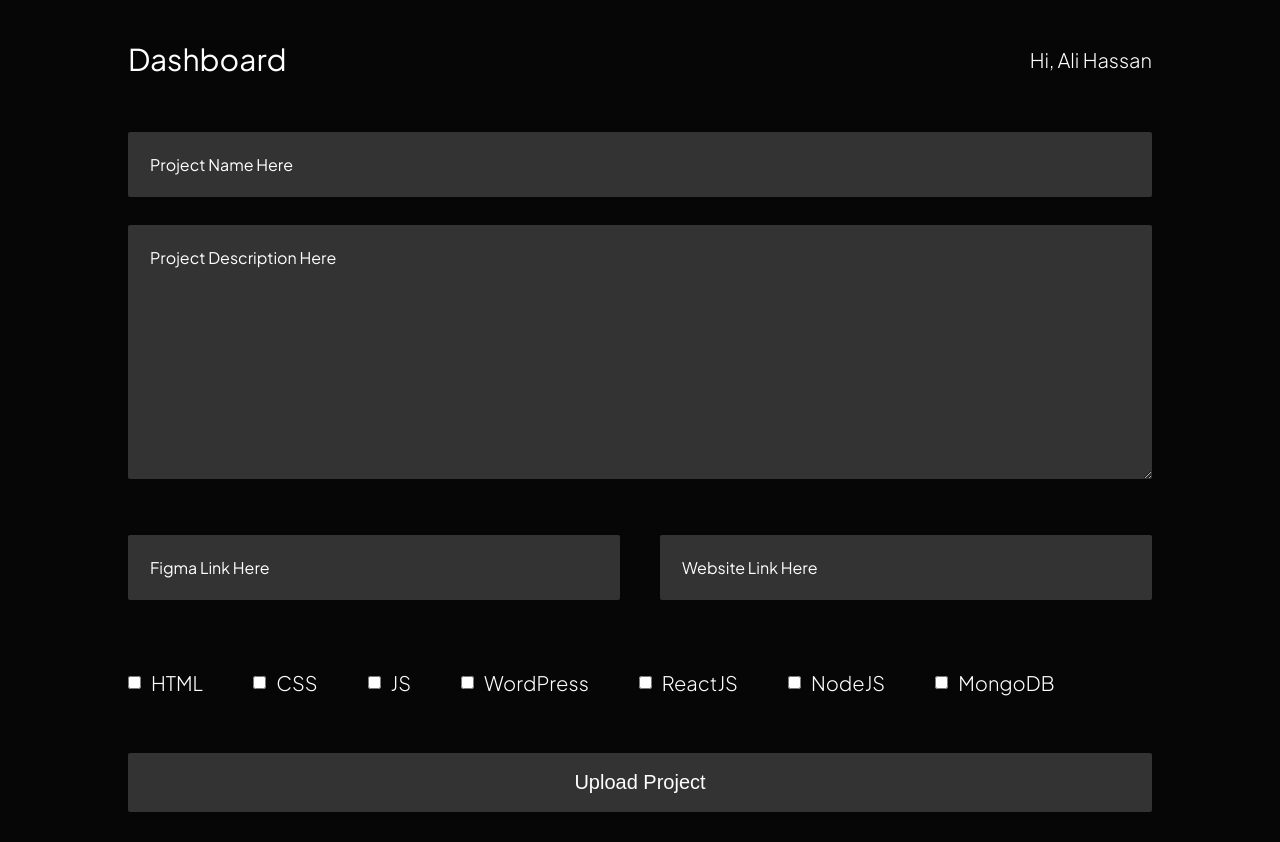
Repository: AliHassan02-Dev/PORTFOLIO
Page: /AdminDashborad (app in Front-end/)
These files come from the project's save history. The page is drawn as it stood at one moment and after the next save; the edit follows.
The browser window is 1280 px wide. The pictures show the whole page.
The project was rebuilt for these pictures with package versions that can differ from the ones it lists, and the page was loaded fresh each time. Also part of the build but not shown: Front-end/vite.config.js, Front-end/src/Pages/Home.jsx, Front-end/src/Pages/About.jsx, Front-end/src/Components/Footer.jsx, Front-end/src/Components/Navbar.jsx, Front-end/src/data.js, Front-end/src/Components/ProjectsBox.jsx, Front-end/src/App.jsx and 5 more.

Above is the page before, as saved 2024-08-31 21:31:39.

### Front-end/src/main.jsx
import React from 'react'
import ReactDOM from 'react-dom/client'
import App from './App.jsx'
import './App.css'
import { BrowserRouter, Route, Routes } from 'react-router-dom'
import AllProjects from './Pages/AllProjects.jsx'
import ProjectPreview from './Components/ProjectPreview.jsx'
import Login from './Pages/Login.jsx'
import { Register } from './Pages/Register.jsx'
import AdminDashboard from './Pages/AdminDashboard.jsx'

ReactDOM.createRoot(document.getElementById('root')).render(
  <>
    <BrowserRouter>
      <Routes>
        <Route path='/' element={<App />} />
        <Route path='/Login' element={<Login />} />
        <Route path='/Register' element={<Register />} />
        <Route path='/AdminDashborad' element={<AdminDashboard />} />
        <Route path='/Projects' element={<AllProjects />} />
        <Route path='/projects/projectPreview' element={<ProjectPreview />} />
      </Routes>
    </BrowserRouter>
  </>
)

### Front-end/src/Pages/AdminDashboard.jsx
import React, { useState } from "react";

const AdminDashboard = () => {
  const [projectData, setProjectData] = useState({
    projectName: "",
    projectDesc: "",
    // Html: "",
    // Css: "",
    // Js: "",
    // React: "",
    // Wordpress: "",
    // Node: "",
    // MongoDb: "",
    figmaLink: "",
    websiteLink: "",
  });

  const handleEvent = (e) => {
    const name = e.target.name;
    const value = e.target.value;
    const checked = e.target.checked;

    setProjectData({
      ...projectData,
      [name]: value,
    });

    // if (checked) {
    //   setProjectData()
    // }
  };

  const handleSubmit = (e) => {
    e.preventDefault();

    console.log(projectData);
  };

  return (
    <div className="dashboardWrapper">
      <div className="dashboardContainer">
        <div className="topBar">
          <div className="left">
            <h2>Dashboard</h2>
          </div>
          <div className="right">
            <h2>Hi, Ali Hassan</h2>
          </div>
        </div>
        <div className="midContainer">
          <input
            type="text"
            name="projectName"
            placeholder="Project Name Here"
            value={projectData.projectName}
            onChange={handleEvent}
          />
          <textarea
            name="projectDesc"
            cols="30"
            rows="10"
            placeholder="Project Description Here"
            value={projectData.projectDesc}
            onChange={handleEvent}
          ></textarea>

          <div className="linksBox">
            <input
              type="text"
              id="figmaLinkk"
              name="figmaLink"
              placeholder="Figma Link Here"
              value={projectData.figmaLink}
              onChange={handleEvent}
            />
            <input
              type="text"
              id="websiteLinkk"
              name="websiteLink"
              placeholder="Website Link Here"
              value={projectData.websiteLink}
              onChange={handleEvent}
            />
          </div>

          <div className="skillBox">
            <div className="skillBar">
              <input
                type="checkbox"
                name="Html"
                // value={projectData.Html}
                value="Html"
                onChange={handleEvent}
              />
              <p>HTML</p>
            </div>
            <div className="skillBar">
              <input
                type="checkbox"
                name="Css"
                // value={projectData.Css}
                value="Css"
                onChange={handleEvent}
              />

              <p>CSS</p>
            </div>
            <div className="skillBar">
              <input
                type="checkbox"
                name="Js"
                // value={projectData.Js}
                value="Js"
                onChange={handleEvent}
              />

              <p>JS</p>
            </div>
            <div className="skillBar">
              <input
                type="checkbox"
                name="Wordpress"
                // value={projectData.Wordpress}
                value="Wordpress"
                onChange={handleEvent}
              />
              <p>WordPress</p>
            </div>
            <div className="skillBar">
              <input
                type="checkbox"
                name="React"
                // value={projectData.React}
                value="ReactJs"
                onChange={handleEvent}
              />
              <p>ReactJS</p>
            </div>
            <div className="skillBar">
              <input
                type="checkbox"
                name="Node"
                // value={projectData.Node}
                value="NodeJs"
                onChange={handleEvent}
              />
              <p>NodeJS</p>
            </div>
            <div className="skillBar">
              <input
                type="checkbox"
                name="MongoDb"
                // value={projectData.MongoDb}
                value="MongoDB"
                onChange={handleEvent}
              />
              <p>MongoDB</p>
            </div>
          </div>

          <button onClick={handleSubmit}>Upload Project</button>
        </div>
      </div>
    </div>
  );
};

export default AdminDashboard;

### Front-end/src/Pages/Skills.jsx
import React from "react";
import { TiHtml5 } from "react-icons/ti";
import { IoLogoCss3 } from "react-icons/io5";
import { SiJavascript } from "react-icons/si";
import { FaFigma } from "react-icons/fa6";
import { IoLogoWordpress } from "react-icons/io5";
import { FaNode } from "react-icons/fa6";
import { IoLogoReact } from "react-icons/io5";
import { SiMongodb } from "react-icons/si";

const skillsData = [
  {
    id: "1",
    skill: "HTML",
    aniClassName: "leftSide",
    logo: <TiHtml5 className="skillLogo" />,
  },
  {
    id: "2",
    skill: "CSS",
    aniClassName: "rightSide",
    logo: <IoLogoCss3 className="skillLogo" />,
  },
  {
    id: "3",
    skill: "JavaScript",
    aniClassName: "leftSide",
    logo: <SiJavascript className="skillLogo" />,
  },
  {
    id: "4",
    skill: "Figma",
    aniClassName: "rightSide",
    logo: <FaFigma className="skillLogo" />,
  },
  {
    id: "5",
    skill: "WordPess",
    aniClassName: "leftSide",
    logo: <IoLogoWordpress className="skillLogo" />,
  },
  {
    id: "6",
    skill: "ReactJs | ViteJs",
    aniClassName: "rightSide",
    logo: <FaNode className="skillLogo" />,
  },
  {
    id: "7",
    skill: "NodeJs",
    aniClassName: "leftSide",
    logo: <IoLogoReact className="skillLogo" />,
  },
  {
    id: "8",
    skill: "MongoDB",
    aniClassName: "rightSide",
    logo: <SiMongodb className="skillLogo" />,
  },
];

const Skills = () => {
  return (
    <div className="skillsContainer containers">
      <div className="top">
        <div className="left">
          <h2>MY SKILLS</h2>
        </div>
        <div className="right">
          <p>
            Building dynamic, user-focused web solutions with precision,
            creativity, and technical excellence.
          </p>
        </div>
      </div>
      <div className="bottom">
        {skillsData.map((elem, idx) => {
          return (
            <div className={`skillBar ${elem.aniClassName}`}>
              <div className="line"></div>
              <div className="left">
                <p>{elem.id}</p>
                <h2>{elem.skill}</h2>
              </div>
              <div className="right">{elem.logo}</div>
            </div>
          );
        })}
      </div>
    </div>
  );
};

export default Skills;

Loaded but not shown: Front-end/index.html (common file); Front-end/src/App.css (1541 lines, source omitted)

After the next save:
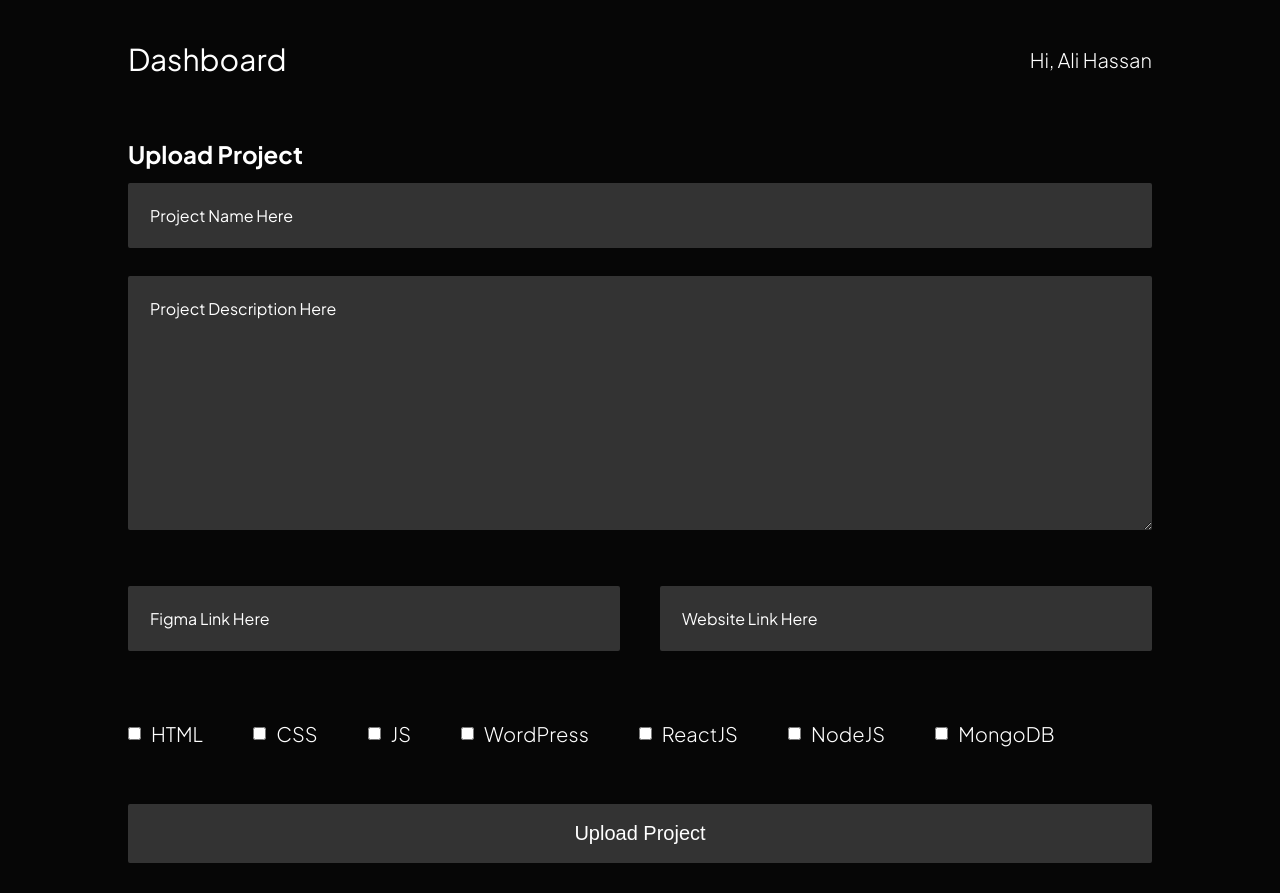
Saved 4 min 8 s later.
--- a/Front-end/src/Pages/AdminDashboard.jsx
+++ b/Front-end/src/Pages/AdminDashboard.jsx
@@ -48,6 +48,15 @@ const AdminDashboard = () => {
           </div>
         </div>
         <div className="midContainer">
+          <div className="imageBox">
+            <div className="image">
+              <img src="" alt="" />
+              <div className="overlay">
+                <h2>Upload Project</h2>
+              </div>
+            </div>
+          </div>
+
           <input
             type="text"
             name="projectName"
